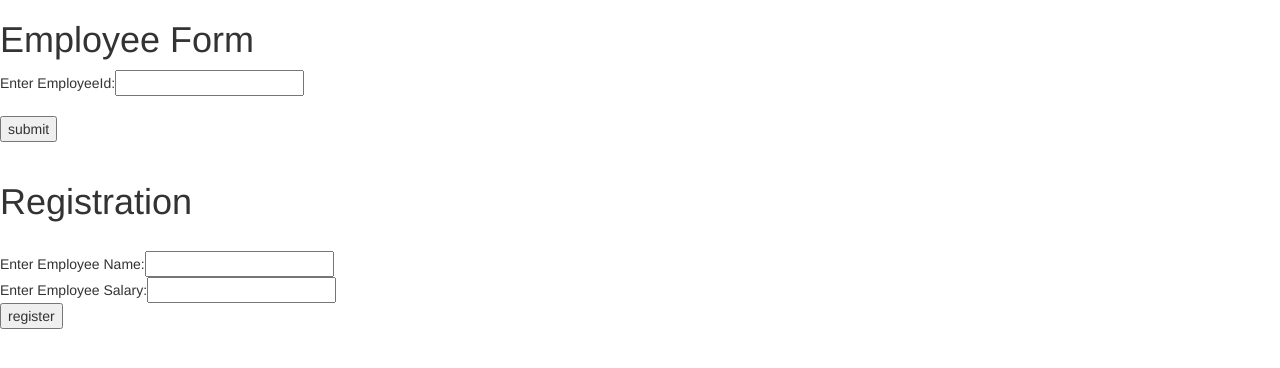
Repository: Mayank-yadav/All-Practise-Codes
Page: http://localhost/jspcrud/
These files come from the project's save history. The page is drawn as it stood at one moment and after the next save; the edit follows.
The browser window is 1280 px wide. The pictures show the whole page.
Some web libraries are served in a nearby version. The page is served by Tomcat 9.

Above is the page before, as saved 2015-11-30 10:49:11.

After the next save:
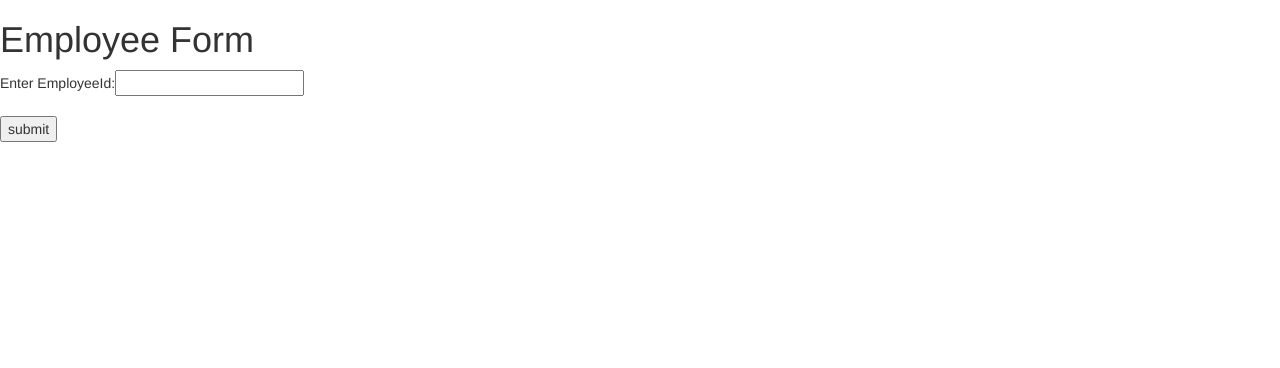
Saved 3 min 55 s later.
--- a/jsp_workspace/jspcrud/WebContent/index.jsp
+++ b/jsp_workspace/jspcrud/WebContent/index.jsp
@@ -16,14 +16,6 @@
 			<br /> <input type="submit" name="action1" value="submit" />
 		</form>
 		<br/>
-	<h1>Registration</h1>
-	<br />
-		<form action="EmployeeServlet?action=registration" method="get">
-				Enter Employee Name:<input type="text" name="name"/>
-				<br/>
-				Enter Employee Salary:<input type="text" name="salary">
-				<br/>
-				<input type="submit" value="register">
-		</form>
+
 		</body>
 </html>
